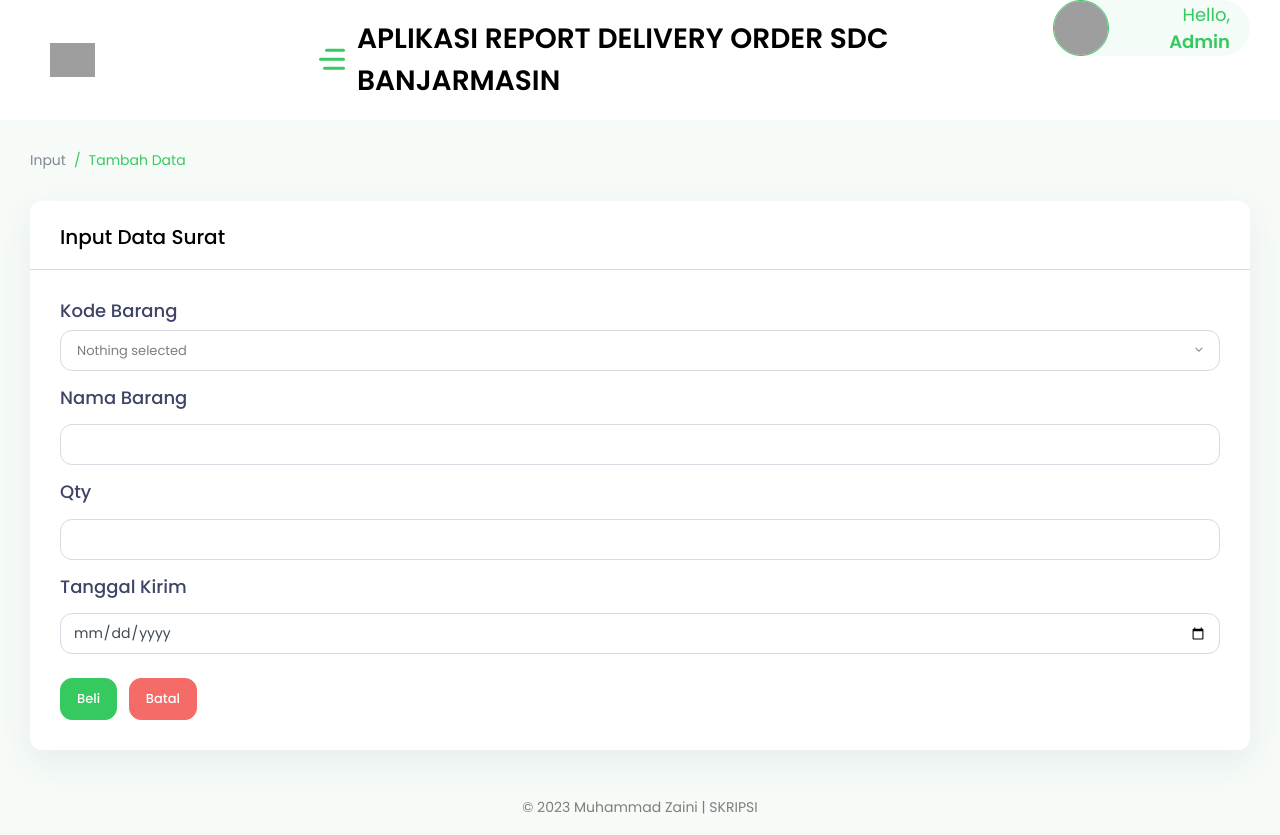
Repository: muhammadzainiy31/skripsi
Page: http://localhost/surat/beli.php
These files come from the project's save history. The page is drawn as it stood at one moment and after the next save; the edit follows.
The browser window is 1280 px wide. The pictures show the whole page.
Pictures or frames that could not be fetched are drawn as grey boxes. The page is run by PHP 8.4 with error messages shown; the project is at /var/www/html/. Other server files are loaded and not shown. The database holds what the project's SQL file puts in it.

Above is the page before, as saved 2023-07-01 21:33:02.

### surat/beli.php
<!DOCTYPE html>
<html lang="en">

<head>
    <meta charset="utf-8">
    <meta http-equiv="X-UA-Compatible" content="IE=edge">
    <meta name="viewport" content="width=device-width,initial-scale=1">
    <title>APPLIKASI REPORT DELIVERY ORDER | INPUT DATA</title>
    <!-- Favicon icon -->
    <link rel="icon" type="image/png" sizes="16x16" href="../images/2.png">
    <!-- Custom Stylesheet -->
    <link href="../vendor/bootstrap-select/dist/css/bootstrap-select.min.css" rel="stylesheet">
    <link href="../css/style.css" rel="stylesheet">
</head>

<body>
    <!-- Preloader start -->
    <div id="preloader">
        <div class="sk-three-bounce">
            <div class="sk-child sk-bounce1"></div>
            <div class="sk-child sk-bounce2"></div>
            <div class="sk-child sk-bounce3"></div>
        </div>
    </div>
    <!-- Preloader end -->

    <!-- Main wrapper start -->
    <div id="main-wrapper">
        <?php include "../theme-header.php" ?>
        <?php include "../theme-sidebar.php" ?>

        <!-- Content body start -->
        <div class="content-body">
            <div class="container-fluid">
                <div class="page-titles">
                    <ol class="breadcrumb">
                        <li class="breadcrumb-item"><a href="index.php">Input</a></li>
                        <li class="breadcrumb-item active"><a href="javascript:void(0)">Tambah Data</a></li>
                    </ol>
                </div>
                <div class="row">
                    <div class="col-xl-12 col-lg-12">
                        <div class="card">
                            <div class="card-header">
                                <h4 class="card-title">Input Data Surat</h4>
                            </div>
                            <div class="card-body">
                                <div class="basic-form">
                                    <form method="POST" action="" enctype="multipart/form-data">
                                        <div class="form-group">
                                            <h4>
                                                <label for="kode_brg">Kode Barang</label>
                                                <select name="kode_brg[]" id="kode_brg" class="form-control" required multiple>
                                                    <option value="">-PILIH-</option>
                                                    <?php
                                                    include "../koneksi.php";
                                                    $ambilData = mysqli_query($conn, "SELECT * FROM tb_barang") or die(mysqli_error($conn));
                                                    while ($hasil = mysqli_fetch_array($ambilData)) {
                                                        echo '<option value="' . $hasil['kode_brg'] . '">' .
                                                            $hasil['kode_brg'] . '</option>';
                                                    }
                                                    ?>
                                                </select>
                                            </h4>
                                        </div>
                                        <div class="form-group">
                                            <h4><label for="nm_brng">Nama Barang</label></h4>
                                            <input type="text area" class="form-control input-default" name="nm_brng[]" id="nm_brng" readonly>
                                        </div>
                                        <script>
                                            // Fungsi untuk melakukan autofill pada nm_brng
                                            function autofillBrg() {
                                                var kode_brg = document.getElementById("kode_brg").value;
                                                <?php
                                                $ambilData = mysqli_query($conn, "SELECT * FROM tb_barang") or die(mysqli_error($conn));
                                                while ($hasil = mysqli_fetch_array($ambilData)) {
                                                    echo "if (kode_brg.includes('" . $hasil['kode_brg'] . "')) {";
                                                    echo "document.getElementById('nm_brng').value += '" . $hasil['nama_brg'] . " | ';";
                                                    echo "}";
                                                }
                                                ?>
                                            }

                                            // Panggil fungsi autofill saat combo box berubah
                                            document.getElementById("kode_brg").addEventListener("change", autofillBrg);
                                        </script>



                                        <div class="form-group">
                                            <h4><label for="qty">Qty</label></h4>
                                            <input type="number" class="form-control input-default" name="qty[]" id="qty" min="1" required>
                                        </div>
                                        <div class="form-group">
                                            <h4><label for="tanggal_kirim">Tanggal Kirim</label></h4>
                                            <input type="date" class="form-control input-default" name="tanggal_kirim" placeholder="Masukkan Tanggal Kirim">
                                        </div>

                                        <div class="mt-4"></div>
                                        <button class="btn btn-primary mr-2" name="simpan">Beli</button> <!-- Mengubah label tombol menjadi "Beli" -->
                                        <a href="index.php" class="btn btn-danger">Batal</a>
                                    </form>
                                </div>
                            </div>
                        </div>
                    </div>
                </div>
            </div>
        </div>
        <!-- Content body end -->
        <?php include "../theme-footer.php" ?>
    </div>
    <!-- Main wrapper end -->

    <!-- Scripts -->
    <!-- Required vendors -->
    <script src="../vendor/global/global.min.js"></script>
    <script src="../vendor/bootstrap-select/dist/js/bootstrap-select.min.js"></script>
    <script src="../js/custom.min.js"></script>
    <script src="../js/deznav-init.js"></script>
</body>

</html>

### theme-header.php
<!--**********************************
    Nav header start
***********************************-->
<div class="nav-header">
    <a href="index.html" class="brand-logo">
        <img class="logo-abbr" src="../images/2.png" alt="">
    </a>

    <div class="nav-control">
        <div class="hamburger">
            <span class="line"></span><span class="line"></span><span class="line"></span>
        </div>
    </div>
</div>

<!--**********************************
    Header start
***********************************-->
<div class="header">
    <div class="header-content">
        <nav class="navbar navbar-expand">
            <div class="collapse navbar-collapse justify-content-between">
                <div class="header-left">
                    <div class="dashboard_bar">
                        APLIKASI REPORT DELIVERY ORDER SDC BANJARMASIN
                    </div>
                </div>
                <div class="header-right">
                    <ul class="navbar-nav">
                        <li class="nav-item dropdown header-profile">
                            <a class="nav-link" href="javascript:;" role="button" data-toggle="dropdown">
                                <img src="../images/profile/12.png" width="100" alt="">
                                <div class="header-info">
                                    <span>Hello, <strong>Admin</strong></span>
                                </div>
                            </a>
                            <div class="dropdown-menu dropdown-menu-right">
                                <a href="../app-profile.html" class="dropdown-item ai-icon">
                                    <svg id="icon-user1" xmlns="http://www.w3.org/2000/svg" class="text-primary" width="18" height="18" viewBox="0 0 24 24" fill="none" stroke="currentColor" stroke-width="2" stroke-linecap="round" stroke-linejoin="round">
                                        <path d="M20 21v-2a4 4 0 0 0-4-4H8a4 4 0 0 0-4 4v2"></path>
                                        <circle cx="12" cy="7" r="4"></circle>
                                    </svg>
                                    <span class="ml-2">Profile</span>
                                </a>
                                <a href="../index.php" class="dropdown-item ai-icon">
                                    <svg id="icon-logout" xmlns="http://www.w3.org/2000/svg" class="text-danger" width="18" height="18" viewBox="0 0 24 24" fill="none" stroke="currentColor" stroke-width="2" stroke-linecap="round" stroke-linejoin="round">
                                        <path d="M9 21H5a2 2 0 0 1-2-2V5a2 2 0 0 1 2-2h4"></path>
                                        <polyline points="16 17 21 12 16 7"></polyline>
                                        <line x1="21" y1="12" x2="9" y2="12"></line>
                                    </svg>
                                    <span class="ml-2">Logout</span>
                                </a>
                            </div>
                        </li>
                    </ul>
                </div>
            </div>
        </nav>
    </div>
</div>
<!--**********************************
    Header end
***********************************-->

### theme-sidebar.php
<!--**********************************
    Sidebar start
***********************************-->
<div class="deznav">
    <div class="deznav-scroll">
        <ul class="metismenu" id="menu">
            <li>
                <a class="has-arrow ai-icon" href="javascript:void()" aria-expanded="false">
                    <i class="flaticon-381-network"></i>
                    <span class="nav-text">DATA</span>
                </a>
                <ul aria-expanded="false">
                    <li><a href="../rdo/index.php">RDO</a></li>
                    <li><a href="../surat/index.php">Surat</a></li>
                    <li><a href="../pengiriman/index.php">Pengiriman</a></li>
                    <li><a href="../customer/index.php">Customer</a></li>
                    <li><a href="../barang/index.php">Barang</a></li>
                    <li><a href="../driver/index.php">Driver</a></li>
                    <li><a href="../armada/index.php">Armada</a></li>
                </ul>
            </li>
            <li>
                <a class="has-arrow ai-icon" href="javascript:void()" aria-expanded="false">
                    <i class="flaticon-381-notepad"></i>
                    <span class="nav-text">INPUT</span>
                </a>
                <ul aria-expanded="false">
                    <li><a href="../surat/input.php">Surat</a></li>
                    <li><a href="../customer/input.php">Customer</a></li>
                    <li><a href="../barang/input.php">Barang</a></li>
                    <li><a href="../driver/input.php">Driver</a></li>
                    <li><a href="../armada/input.php">Armada</a></li>
                    <li><a href="../lap_riw_servis_mobil/input.php">Servis Armada</a></li>
                </ul>
            </li>
            <li><li>
    <a class="has-arrow ai-icon" href="javascript:void()" aria-expanded="false">
        <i class="flaticon-381-network"></i>
        <span class="nav-text">LAPORAN</span>
    </a>
    <ul aria-expanded="false">
        <li><a href="../pengiriman/index.php">Pengiriman</a></li>
        <li><a href="../lap_surat_jalan/index.php">Surat Jalan</a></li>
        <li><a href="../lap_barang_laris/index.php">Barang Terlaris</a></li>
        <li><a href="../lap_minim_barang_stok/index.php">Barang Minim stok</a></li>
        <li><a href="../lap_berlaku_sim/index.php">Berlaku SIM Driver</a></li>
        <li><a href="../lap_cust_berdasarkan_wil/index.php">Customer berdasarkan Wilayah</a></li>
        <li><a href="../lap_cust_royal/index.php">Customer Paling Royal</a></li>
        <li><a href="../lap_jarak_tempuh/index.php">Jarak Tempuh Armada</a></li>
        <li><a href="../lap_riw_pengiriman_driver/index.php">Riwayat Pengiriman Driver</a></li>
        <li><a href="../lap_riw_servis_mobil/index.php">Riwayat Servis Armada</a></li>
        <li><a href="../rekap_pengiriman_driver/index.php">Rekap Pengiriman Driver</a></li>
    </ul>
</li>

        </ul>

        <div class="deznav-footer">
            <p>&copy; Muhammad Zaini 2023 | SKRIPSI</p>
        </div>
    </div>
</div>
<!--**********************************
    Sidebar end
***********************************-->

### koneksi.php
<?php
$conn = mysqli_connect ("localhost", "root","","db_report_delivery_order");
date_default_timezone_set("Asia/Singapore");
?>

### theme-footer.php
<!-- **********************************
Footer start
*********************************** -->
<footer class="footer">
    <div class="copyright">
        <p>&copy; 2023 Muhammad Zaini | SKRIPSI</p>
    </div>
</footer>
<!-- **********************************
Footer end
*********************************** -->

### db_report_delivery_order.sql (the tables this page reads)
CREATE TABLE `tb_barang` (
  `kode_brg` int(11) NOT NULL,
  `nama_brg` varchar(100) NOT NULL,
  `departemen` enum('KAMAR TIDUR','DAPUR DAN RUANG MAKAN','RUANG TAMU','RUANG KERJA','') NOT NULL,
  `restok` int(11) NOT NULL,
  `jumlah_brg` varchar(200) NOT NULL
) ENGINE=InnoDB DEFAULT CHARSET=utf8mb4 COLLATE=utf8mb4_general_ci;

INSERT INTO `tb_barang` (`kode_brg`, `nama_brg`, `departemen`, `restok`, `jumlah_brg`) VALUES
(114, 'Barang 1', 'KAMAR TIDUR', 10, '50'),
(115, 'Barang 2', 'RUANG TAMU', 5, '20'),
(116, 'Barang 3', 'DAPUR DAN RUANG MAKAN', 15, '10'),
(117, 'Barang 4', 'RUANG TAMU', 8, '5'),
(118, 'Barang 5', 'RUANG KERJA', 12, '100'),
(119, 'Barang 6', 'RUANG TAMU', 3, '10'),
(120, 'Barang 7', 'DAPUR DAN RUANG MAKAN', 20, '160'),
(121, 'Barang 8', 'KAMAR TIDUR', 7, '25'),
(122, 'Barang 9', 'DAPUR DAN RUANG MAKAN', 9, '40'),
(123, 'Barang 10', 'DAPUR DAN RUANG MAKAN', 6, '18'),
(128, 'ada', 'DAPUR DAN RUANG MAKAN', 5, '');

ALTER TABLE `tb_barang`
  ADD PRIMARY KEY (`kode_brg`);

ALTER TABLE `tb_barang`
  MODIFY `kode_brg` int(11) NOT NULL AUTO_INCREMENT, AUTO_INCREMENT=129;

Loaded but not shown: css/style.css (library); js/custom.min.js (library); js/deznav-init.js (common file); icons/font-awesome-old/css/font-awesome.min.css (library); icons/material-design-iconic-font/css/materialdesignicons.min.css (library); icons/themify-icons/css/themify-icons.css (common file); icons/line-awesome/css/line-awesome.min.css (library); icons/flaticon/flaticon.css (common file); icons/icomoon/icomoon.css (common file); icons/simple-line-icons/css/simple-line-icons.css (754 lines, source omitted); icons/avasta/css/style.css (547 lines, source omitted)

After the next save:
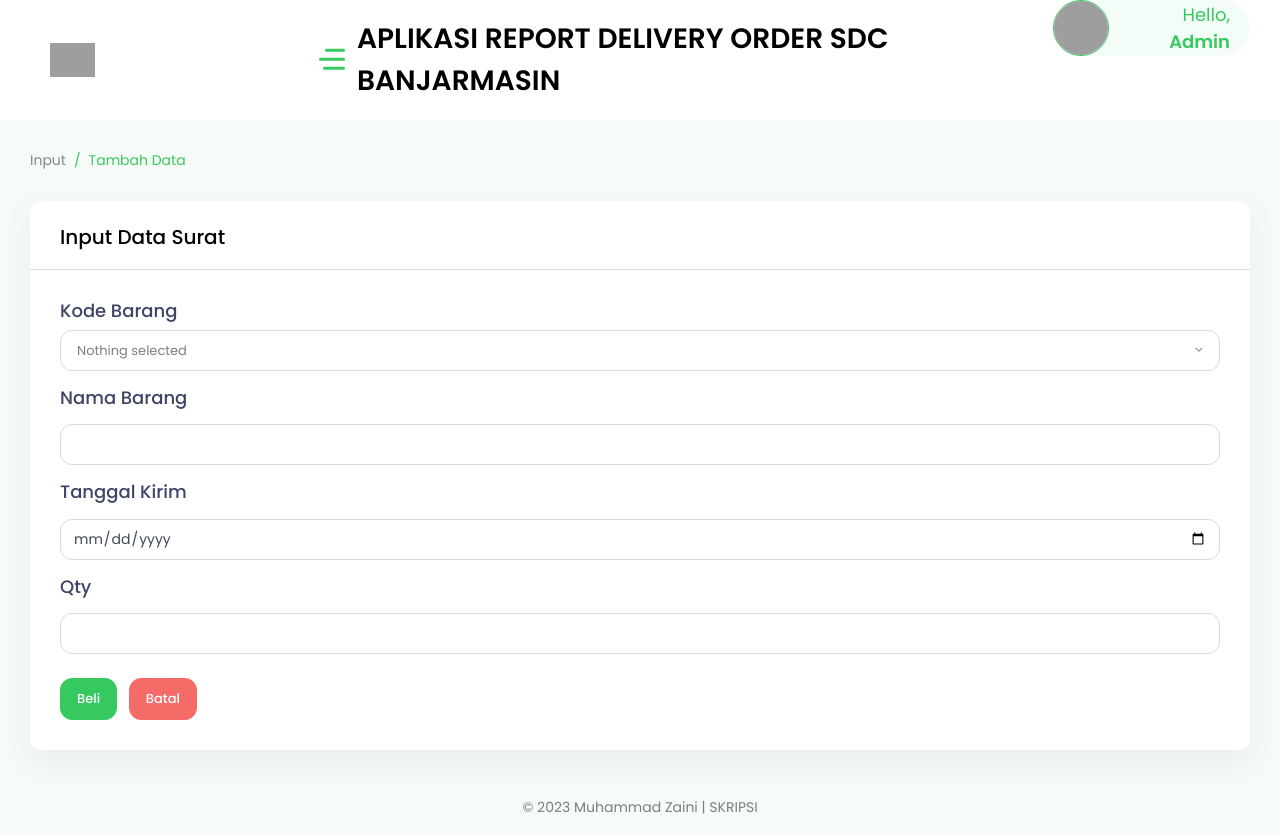
Saved 2 min 49 s later.
--- a/surat/beli.php
+++ b/surat/beli.php
@@ -56,7 +56,7 @@
                                                     include "../koneksi.php";
                                                     $ambilData = mysqli_query($conn, "SELECT * FROM tb_barang") or die(mysqli_error($conn));
                                                     while ($hasil = mysqli_fetch_array($ambilData)) {
-                                                        echo '<option value="' . $hasil['kode_brg'] . '">' .
+                                                        echo '<option value="' . $hasil['kode_brg'] . '|' . $hasil['nama_brg'] . '">' .
                                                             $hasil['kode_brg'] . '</option>';
                                                     }
                                                     ?>
@@ -71,29 +71,22 @@
                                             // Fungsi untuk melakukan autofill pada nm_brng
                                             function autofillBrg() {
                                                 var kode_brg = document.getElementById("kode_brg").value;
-                                                <?php
-                                                $ambilData = mysqli_query($conn, "SELECT * FROM tb_barang") or die(mysqli_error($conn));
-                                                while ($hasil = mysqli_fetch_array($ambilData)) {
-                                                    echo "if (kode_brg.includes('" . $hasil['kode_brg'] . "')) {";
-                                                    echo "document.getElementById('nm_brng').value += '" . $hasil['nama_brg'] . " | ';";
-                                                    echo "}";
-                                                }
-                                                ?>
+                                                var kode = kode_brg.split('|')[0];
+                                                var namabrg = kode_brg.split('|')[1];
+                                                document.getElementById('nm_brng').value = namabrg;
                                             }
 
                                             // Panggil fungsi autofill saat combo box berubah
                                             document.getElementById("kode_brg").addEventListener("change", autofillBrg);
                                         </script>
-
-
+                                        <div class="form-group">
+                                            <h4><label for="tanggal_kirim">Tanggal Kirim</label></h4>
+                                            <input type="date" class="form-control input-default" name="tanggal_kirim" placeholder="Masukkan Tanggal Kirim">
+                                        </div>
 
                                         <div class="form-group">
                                             <h4><label for="qty">Qty</label></h4>
                                             <input type="number" class="form-control input-default" name="qty[]" id="qty" min="1" required>
-                                        </div>
-                                        <div class="form-group">
-                                            <h4><label for="tanggal_kirim">Tanggal Kirim</label></h4>
-                                            <input type="date" class="form-control input-default" name="tanggal_kirim" placeholder="Masukkan Tanggal Kirim">
                                         </div>
 
                                         <div class="mt-4"></div>
